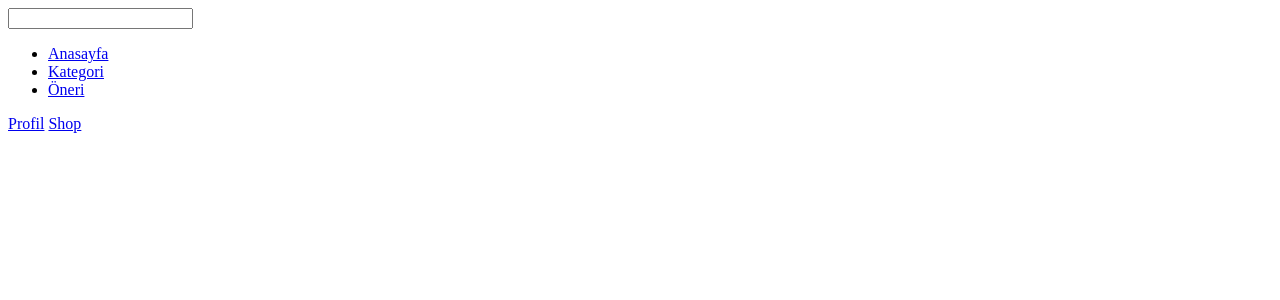
Repository: mehmethd/1-week-html-css-js
Page: index.html
These files come from the project's save history. The page is drawn as it stood at one moment and after the next save; the edit follows.
The browser window is 1280 px wide. The pictures show the whole page.

Above is the page before, as saved 2024-01-26 14:01:15.

After the next save:
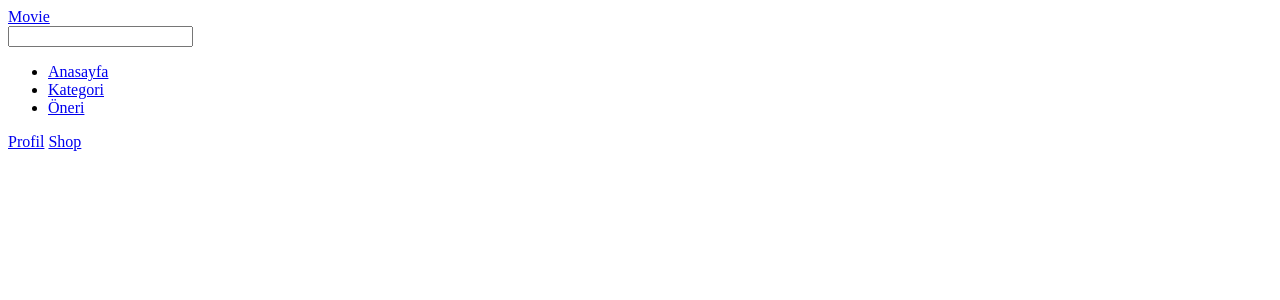
Saved 5 s later.
--- a/index.html
+++ b/index.html
@@ -12,7 +12,7 @@
     <header>
         <div class="navbar">
             <div class="logo">
-                <a href="#"></a>
+                <a href="#">Movie</a>
             </div>
             <div class="search">
                 <input type="text" placeholder="">
